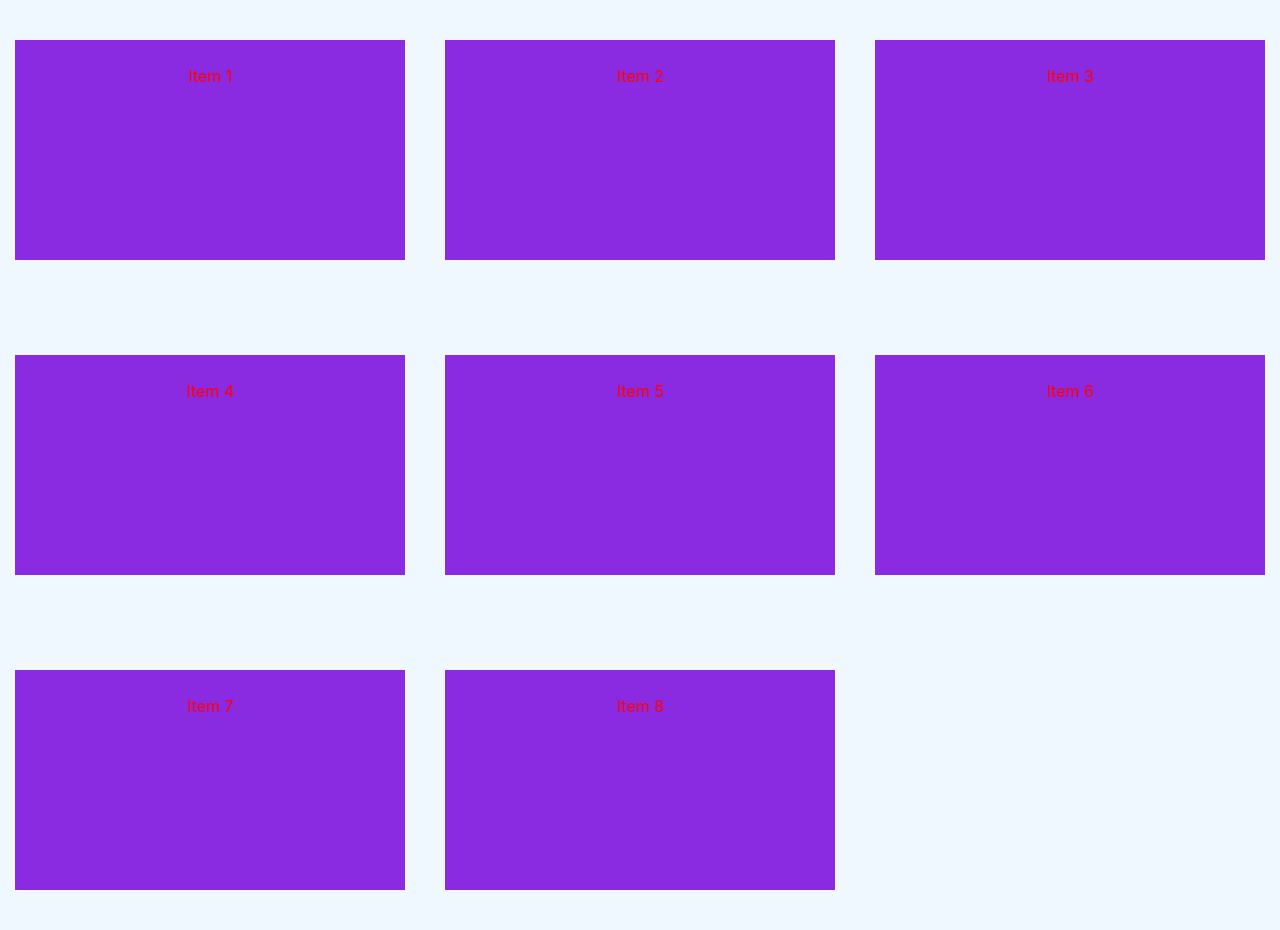
Repository: thai-shriya/anxiety-tracker
Page: /
The author's editor kept a copy of each file at every save. The page is drawn from the files as they stood at one save, then again after the next save.
The browser window is 1280 px wide. The pictures show the whole page.
The project was rebuilt for these pictures with package versions that can differ from the ones it lists, and the page was loaded fresh each time.

Above is the page before, as saved 2024-04-22 15:14:37.

After the next save:
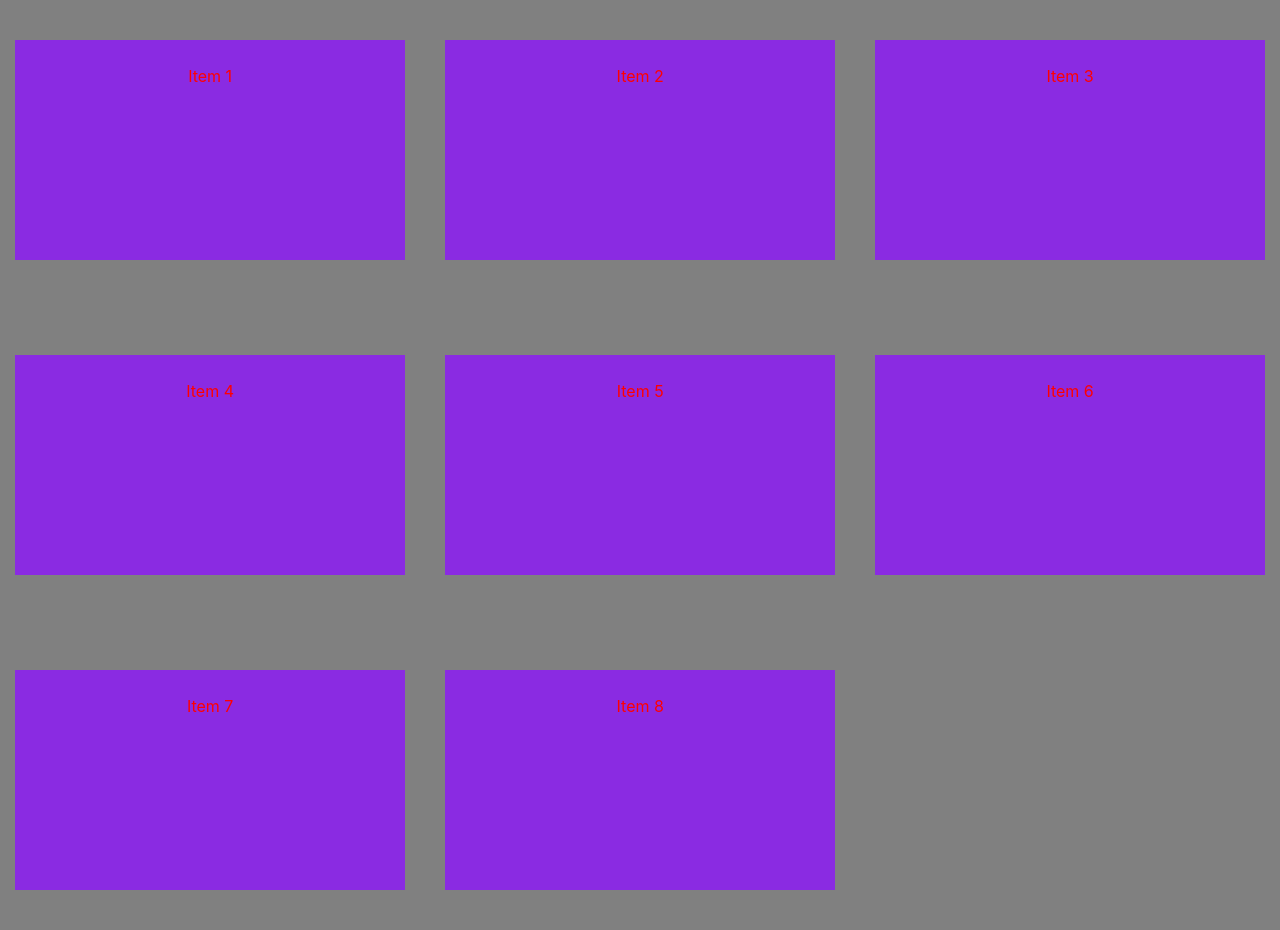
Saved 16 s later.
--- a/src/App.css
+++ b/src/App.css
@@ -4,7 +4,7 @@
   grid-template-rows: auto;
   column-gap: 10px;
   row-gap: 15px;
-  background-color:aliceblue
+  background-color:gray
 }
 
 .grid-item{

After the save that followed:
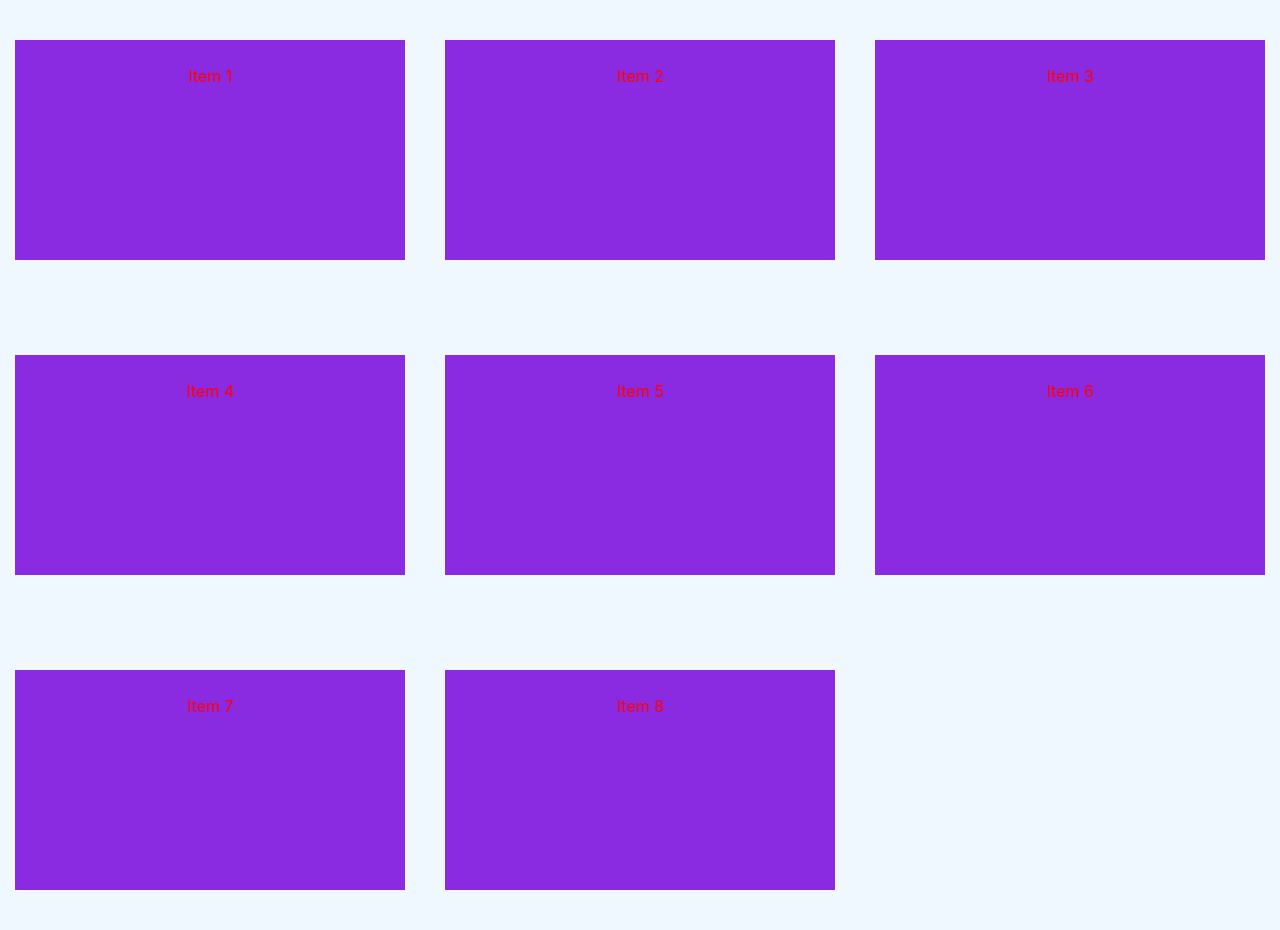
Saved 10 s later.
--- a/src/App.css
+++ b/src/App.css
@@ -4,7 +4,7 @@
   grid-template-rows: auto;
   column-gap: 10px;
   row-gap: 15px;
-  background-color:gray
+  background-color:aliceblue
 }
 
 .grid-item{
